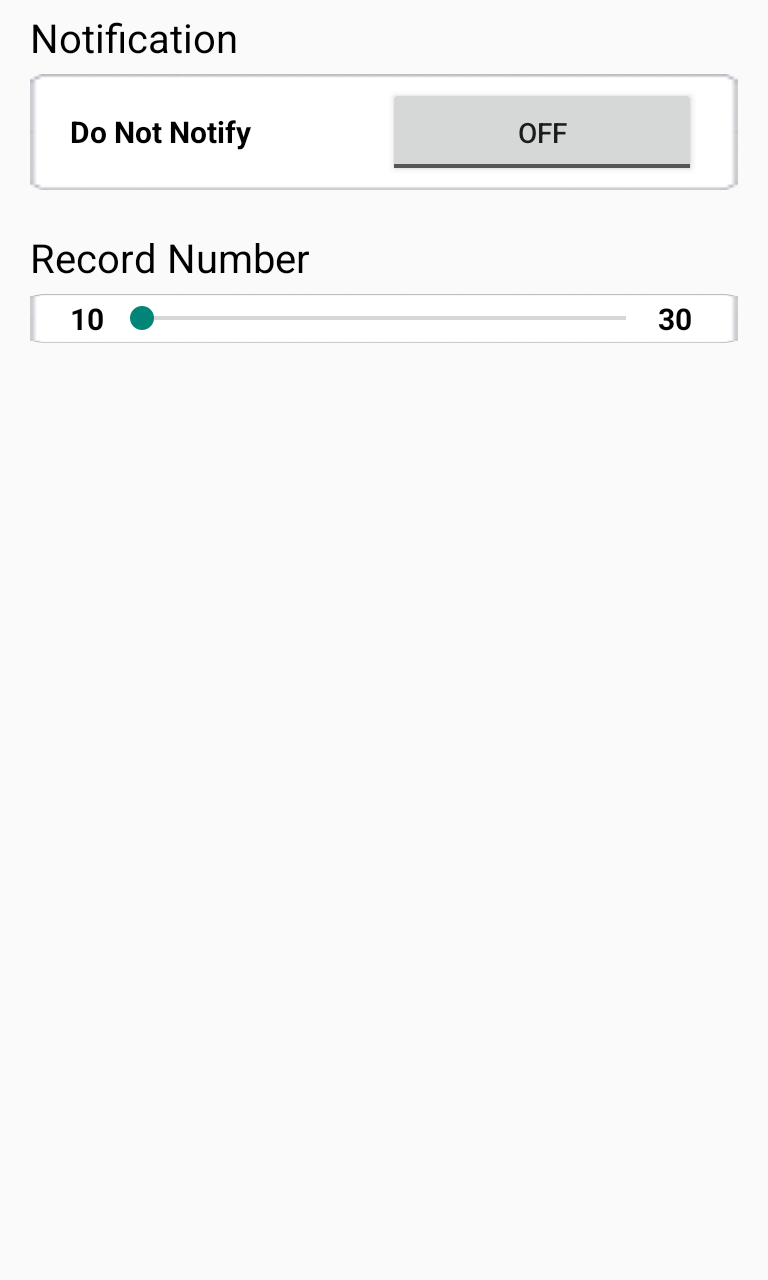
Repository: GitDidNotExitCleanly/AndroidTimer
Layout: G54MDP_Stopwatch/res/layout/fragment_settings.xml
An editor plug-in stored every save of this project. The layout is shown before and after the next save, followed by the edit.
It is drawn on a 768 x 1280 px phone screen (xhdpi) without system bars, with theme AppTheme; the app's code is not run.

Above is the layout before, as saved 2015-03-09 12:14:19.

After the next save:
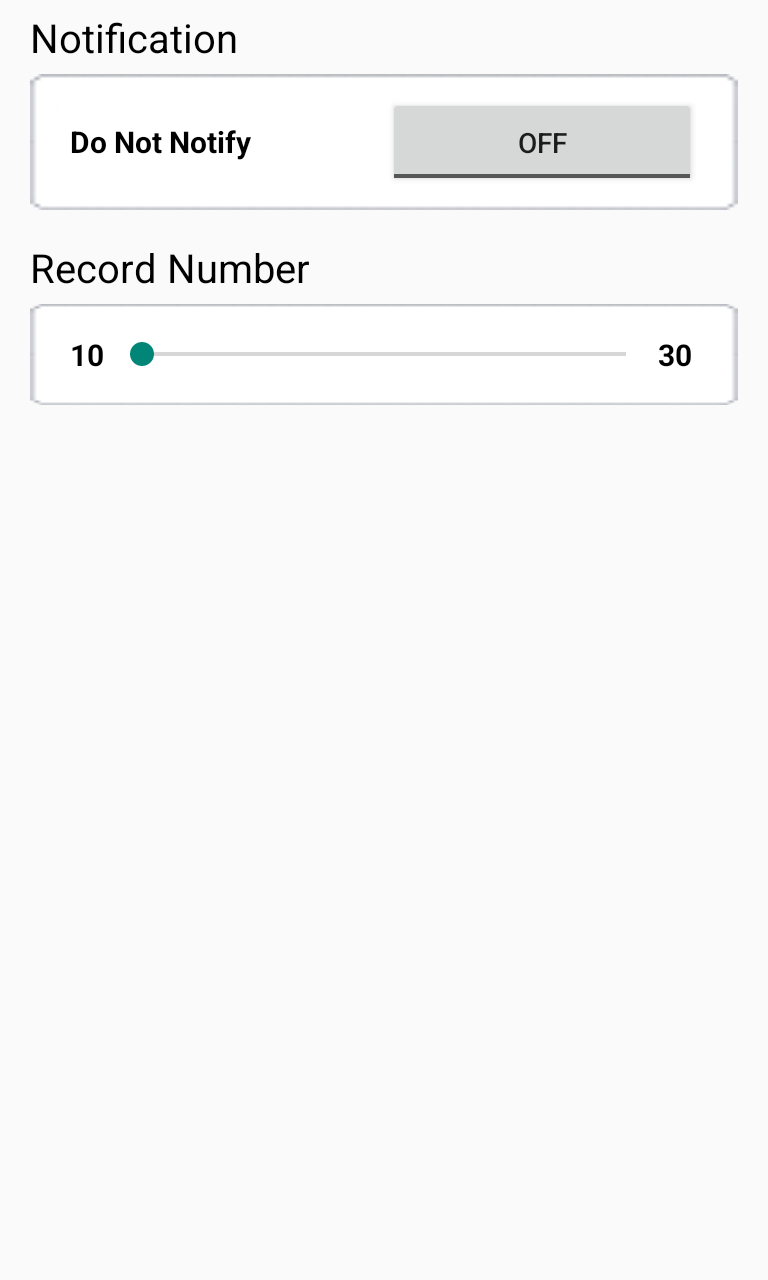
Saved 32 s later.
--- a/G54MDP_Stopwatch/res/layout/fragment_settings.xml
+++ b/G54MDP_Stopwatch/res/layout/fragment_settings.xml
@@ -25,8 +25,8 @@
            android:layout_height="wrap_content"
            android:layout_marginBottom="5dp"
            android:layout_marginTop="5dp"
-           android:paddingTop="5dp"
-           android:paddingBottom="5dp"
+           android:paddingTop="10dp"
+           android:paddingBottom="10dp"
            android:paddingLeft="20dp"
            android:paddingRight="20dp"
            android:background="@drawable/settings_border"
@@ -57,8 +57,8 @@
         android:layout_width="match_parent"
         android:layout_height="wrap_content"
         android:orientation="vertical"
-        android:layout_marginTop="10dp"
-        android:layout_marginBottom="10dp"
+        android:layout_marginTop="5dp"
+        android:layout_marginBottom="5dp"
         android:layout_marginLeft="15dp"
         android:layout_marginRight="15dp" >
 
@@ -77,8 +77,8 @@
             android:background="@drawable/settings_border"
             android:gravity="center"
             android:orientation="horizontal"
-            android:paddingTop="2dp"
-            android:paddingBottom="2dp"
+            android:paddingTop="15dp"
+            android:paddingBottom="15dp"
             android:paddingLeft="20dp"
             android:paddingRight="20dp" >
 
